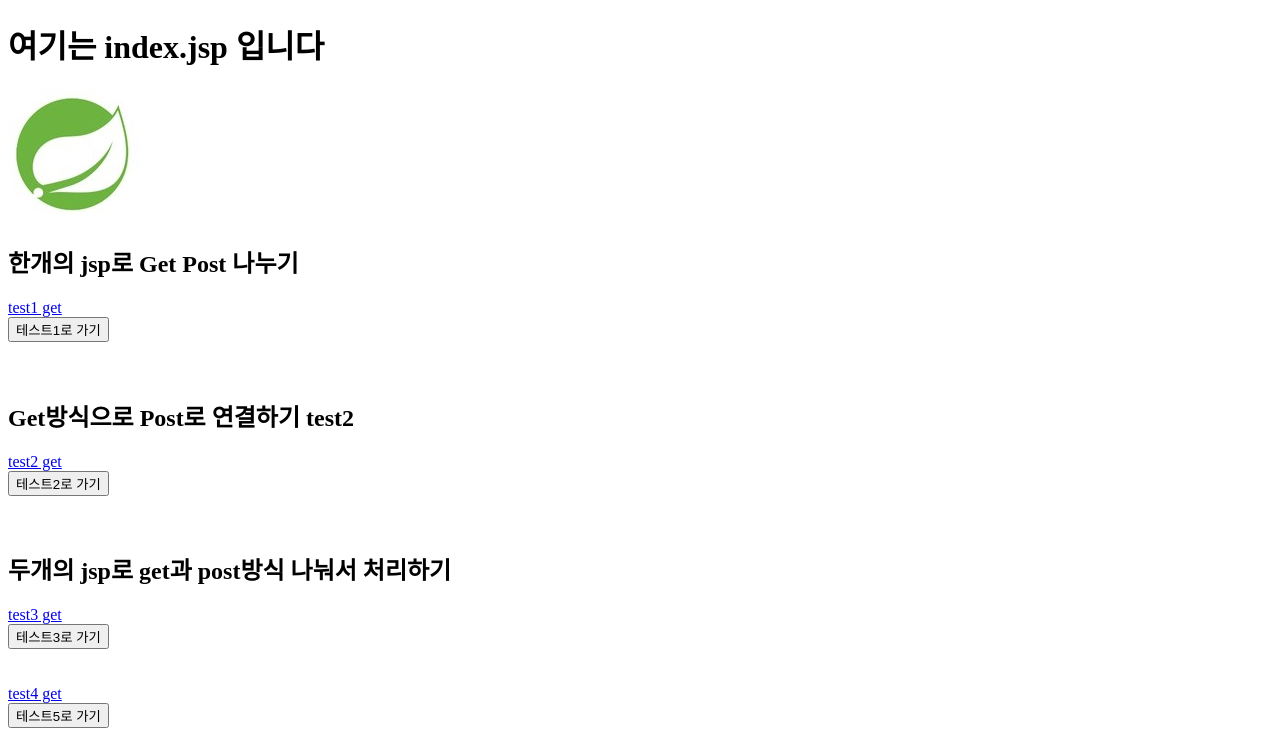
Repository: nxx5xxx/spring
Page: http://localhost/RequestMethod/WEB-INF/views/index.jsp
These files come from the project's save history. The page is drawn as it stood at one moment and after the next save; the edit follows.
The browser window is 1280 px wide. The pictures show the whole page.
The page is served by Tomcat 9. Nobody is signed in. Other server files are loaded and not shown. The template is opened directly, without the code that normally fills it, so the values that code supplies are empty.

Above is the page before, as saved 2023-06-05 05:41:48.

### RequestMethod/WebContent/WEB-INF/views/index.jsp
<%@ page language="java" contentType="text/html; charset=UTF-8"
    pageEncoding="UTF-8"%>
<!DOCTYPE html>
<html>
<head>
<meta charset="UTF-8">
<title>Insert title here</title>
</head>
<body>
	<h1>여기는 index.jsp 입니다</h1>
	<img src="image/spring_logo.jpg"><br>

	<h2> 한개의 jsp로 Get Post 나누기</h2>
	<a href="test1">test1 get</a><br>
	<form action="test1" method="post">
	<input type="submit" value="테스트1로 가기">
	</form>
	<br><br>

	<h2> Get방식으로 Post로 연결하기 test2</h2>
	<a href="test2">test2 get</a><br>
	<form action="test2" method="post">
	<input type="submit" value="테스트2로 가기">
	</form>
	<br><br>

	<h2> 두개의 jsp로 get과 post방식 나눠서 처리하기 </h2>
	<a href="test3">test3 get</a><br>
	<form action="test3" method="post">
	<input type="submit" value="테스트3로 가기">
	</form>
	<br><br>

		<a href="test4">test4 get</a><br>
	<form action="test5" method="post">
	<input type="submit" value="테스트5로 가기">
	</form>
</body>
</html>

After the next save:
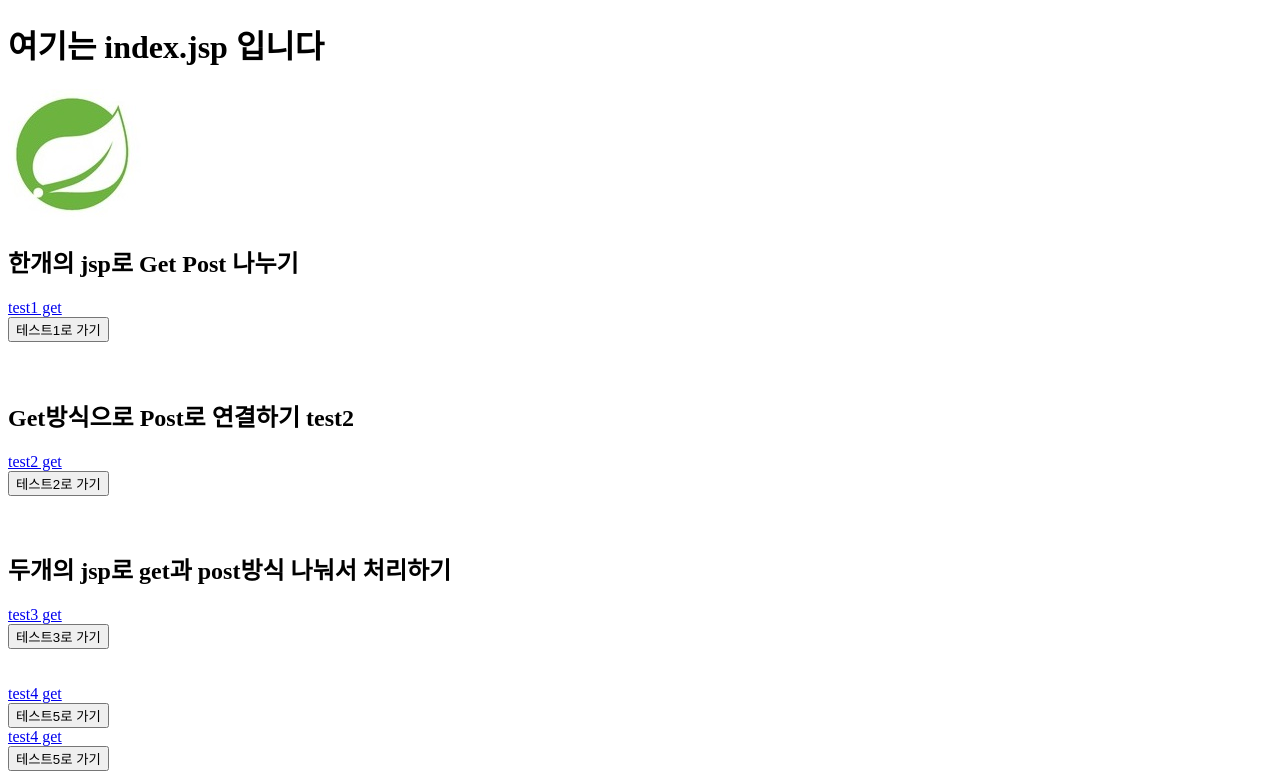
Saved 88 s later.
--- a/RequestMethod/WebContent/WEB-INF/views/index.jsp
+++ b/RequestMethod/WebContent/WEB-INF/views/index.jsp
@@ -35,5 +35,10 @@
 	<form action="test5" method="post">
 	<input type="submit" value="테스트5로 가기">
 	</form>
+
+			<a href="test4">test4 get</a><br>
+	<form action="test5" method="post">
+	<input type="submit" value="테스트5로 가기">
+	</form>
 </body>
 </html>
